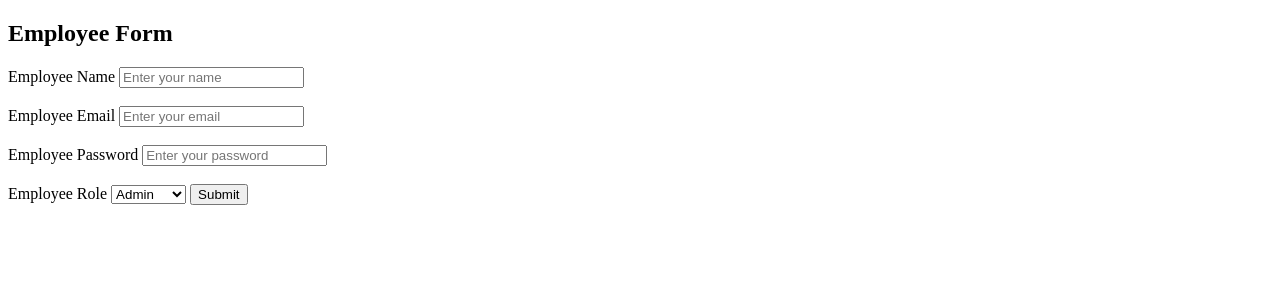
Repository: mrhpn/JavaEE--JSP-SERVLET
Page: JSP_JSTL/WebContent/employee-form.html
An editor plug-in stored every save of this project. The page is shown before and after a run of saves, followed by the edit.
The browser window is 1280 px wide. The pictures show the whole page.

Above is the page before, as saved 2021-04-01 07:33:34.

After the next 2 saves:
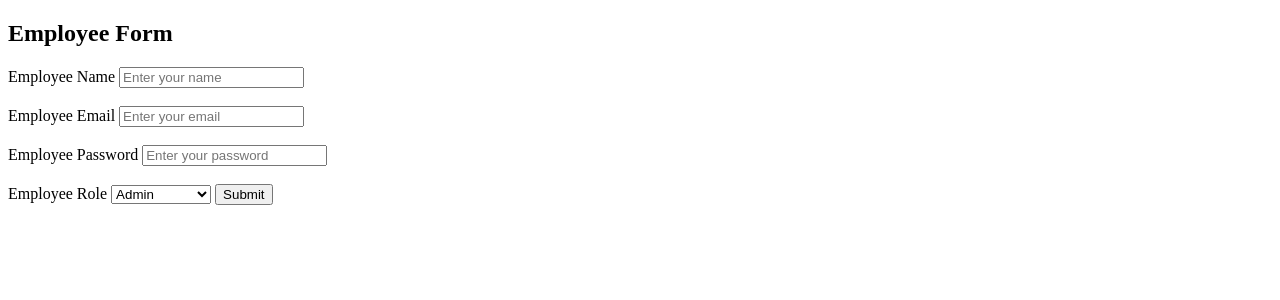
The 2 saves are shown as one change because they came seconds apart.
The last was saved 23 s later.
--- a/JSP_JSTL/WebContent/employee-form.html
+++ b/JSP_JSTL/WebContent/employee-form.html
@@ -22,6 +22,7 @@
 
 		<label>Employee Role</label>
 		<select name="employeeRole" required="required">
+			<option disabled>Choose Role</option>
 			<option value="admin">Admin</option>
 			<option value="manager">Manager</option>
 			<option value="staff">Staff</option>
